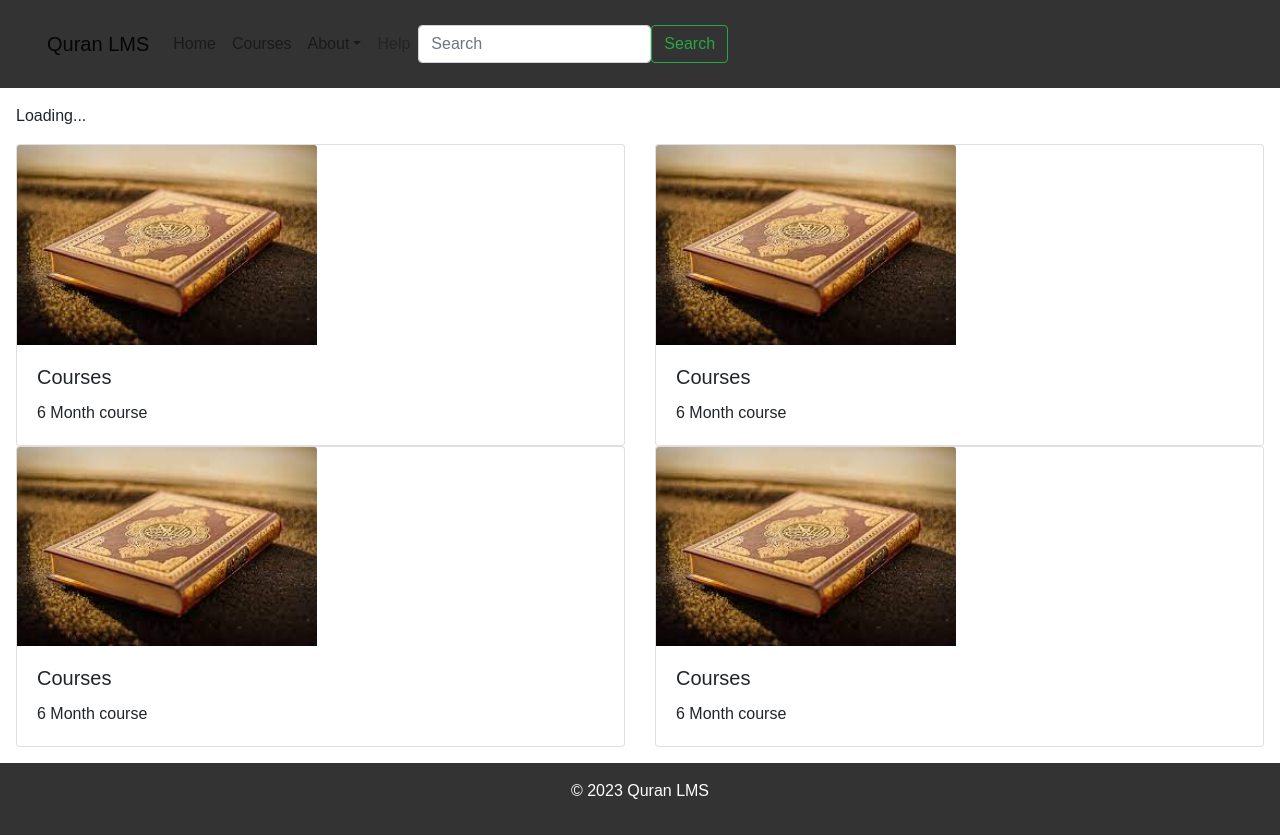
Repository: talha-mahmood/Quran-Lms-react
Page: /
These files come from the project's save history. The page is drawn as it stood at one moment and after a run of saves; the edit follows.
The browser window is 1280 px wide. The pictures show the whole page.
The page's requests for data from a server got no answer. The project was rebuilt for these pictures with package versions that can differ from the ones it lists, and the page was loaded fresh each time. No one was signed in, and anything a server would have sent is missing.

Above is the page before, as saved 2023-03-08 01:58:40.

### public/index.html
<!DOCTYPE html>
<html lang="en">
  <head>
    <meta charset="utf-8" />
    <link rel="icon" href="%PUBLIC_URL%/favicon.ico" />
    <meta name="viewport" content="width=device-width, initial-scale=1" />
    <meta name="theme-color" content="#000000" />
    <meta
      name="description"
      content="Web site created using create-react-app"
    />

    <link rel="apple-touch-icon" href="%PUBLIC_URL%/logo192.png" />
    <link rel="stylesheet" href="https://cdn.jsdelivr.net/npm/bootstrap@4.4.1/dist/css/bootstrap.min.css" integrity="sha384-Vkoo8x4CGsO3+Hhxv8T/Q5PaXtkKtu6ug5TOeNV6gBiFeWPGFN9MuhOf23Q9Ifjh" crossorigin="anonymous">
    <script src="https://code.jquery.com/jquery-3.4.1.slim.min.js" integrity="sha384-J6qa4849blE2+poT4WnyKhv5vZF5SrPo0iEjwBvKU7imGFAV0wwj1yYfoRSJoZ+n" crossorigin="anonymous"></script>
   <script src="https://cdn.jsdelivr.net/npm/popper.js@1.16.0/dist/umd/popper.min.js" integrity="sha384-Q6E9RHvbIyZFJoft+2mJbHaEWldlvI9IOYy5n3zV9zzTtmI3UksdQRVvoxMfooAo" crossorigin="anonymous"></script>
   <script src="https://cdn.jsdelivr.net/npm/bootstrap@4.4.1/dist/js/bootstrap.min.js" integrity="sha384-wfSDF2E50Y2D1uUdj0O3uMBJnjuUD4Ih7YwaYd1iqfktj0Uod8GCExl3Og8ifwB6" crossorigin="anonymous"></script>
    <!--
      manifest.json provides metadata used when your web app is installed on a
      user's mobile device or desktop. See https://developers.google.com/web/fundamentals/web-app-manifest/
    -->
    <link rel="manifest" href="%PUBLIC_URL%/manifest.json" />
    <!--
      Notice the use of %PUBLIC_URL% in the tags above.
      It will be replaced with the URL of the `public` folder during the build.
      Only files inside the `public` folder can be referenced from the HTML.

      Unlike "/favicon.ico" or "favicon.ico", "%PUBLIC_URL%/favicon.ico" will
      work correctly both with client-side routing and a non-root public URL.
      Learn how to configure a non-root public URL by running `npm run build`.
    -->
    <title>React App</title>
  </head>
  <body>
    <noscript>You need to enable JavaScript to run this app.</noscript>
    <div id="root"></div>

    <!--
      This HTML file is a template.
      If you open it directly in the browser, you will see an empty page.

      You can add webfonts, meta tags, or analytics to this file.
      The build step will place the bundled scripts into the <body> tag.

      To begin the development, run `npm start` or `yarn start`.
      To create a production bundle, use `npm run build` or `yarn build`.
    -->
  </body>
</html>

### src/App.js
import './App.css';
import React,{Component} from 'react';
import Button from 'react-bootstrap/Button';
import Container from 'react-bootstrap/Container';
import Form from 'react-bootstrap/Form';
import Nav from 'react-bootstrap/Nav';
import Navbar from 'react-bootstrap/Navbar';
import NavDropdown from 'react-bootstrap/NavDropdown';
import Card from 'react-bootstrap/Card';
import Col from 'react-bootstrap/Col';
import Row from 'react-bootstrap/Row';
import myimg from './download.jpeg'
class QuranLMS extends Component {
  state = {
    verses: [],
    isLoading: true
  };

  async componentDidMount() {
    const response = await fetch("https://api.quran.com/api/v4/quran/verses/uthmani?chapter_number=1");
    const data = await response.json();
    this.setState({
      verses: data.verses,
      isLoading: false
    });
  }

  render() {
    const { verses, isLoading } = this.state;
    return (
      <div>


          <div>
          <header>
          <Navbar bg="" expand="lg" >
      <Container fluid>
        <Navbar.Brand href="#" >Quran LMS</Navbar.Brand>
        <Navbar.Toggle aria-controls="navbarScroll" />
        <Navbar.Collapse id="navbarScroll">
          <Nav
            className="me-auto my-2 my-lg-0"
            style={{ maxHeight: '100px' }}
            navbarScroll
          >
            <Nav.Link href="#action1">Home</Nav.Link>
            <Nav.Link href="#action2">Courses</Nav.Link>
            <NavDropdown title="About" id="navbarScrollingDropdown">
              <NavDropdown.Item href="#action3">Register</NavDropdown.Item>
              <NavDropdown.Item href="#action4">
                Another action
              </NavDropdown.Item>
              <NavDropdown.Divider />
              <NavDropdown.Item href="#action5">
                Something else here
              </NavDropdown.Item>
            </NavDropdown>
            <Nav.Link href="#" disabled>
              Help
            </Nav.Link>
          </Nav>
          <Form className="d-flex">
            <Form.Control
              type="search"
              placeholder="Search"
              className="me-2"
              aria-label="Search"
            />
            <Button variant="outline-success">Search</Button>
          </Form>
        </Navbar.Collapse>
      </Container>
    </Navbar>
    </header>
          </div>



        <main>
          {isLoading ? (
            <p>Loading...</p>
          ) : (
            verses.map((verse) => (
              <p key={verse.id}>{verse.text_uthmani}</p>
            ))
          )}
          <div>
          <Row xs={1} md={2} className="g-4">
      {Array.from({ length: 4 }).map((_, idx) => (
        <Col>
          <Card>
            <Card.Img variant="top" src={myimg} />

            <Card.Body>
              <Card.Title>Courses</Card.Title>
              <Card.Text>
                6 Month course
              </Card.Text>
            </Card.Body>
          </Card>
        </Col>
      ))}
    </Row>
          </div>

        </main>
        <footer>
          <p>&copy; 2023 Quran LMS</p>
        </footer>
      </div>
    );
  }
}

export default QuranLMS;

### src/App.css
body {
  font-family: Arial, sans-serif;
  margin: 0;
}

header {
  background-color: #333;
  color: #fff;
  padding: 1em;
}

header h1 {
  margin: 0;
}

main {
  padding: 1em;
}

footer {
  background-color: #333;
  color: #fff;
  padding: 1em;
  text-align: center;
}
img{
  max-height:200px;
  max-width:300px;
}

Loaded but not shown: src/index.js (common file); src/index.css (common file); src/reportWebVitals.js (common file)

After the next 2 saves:
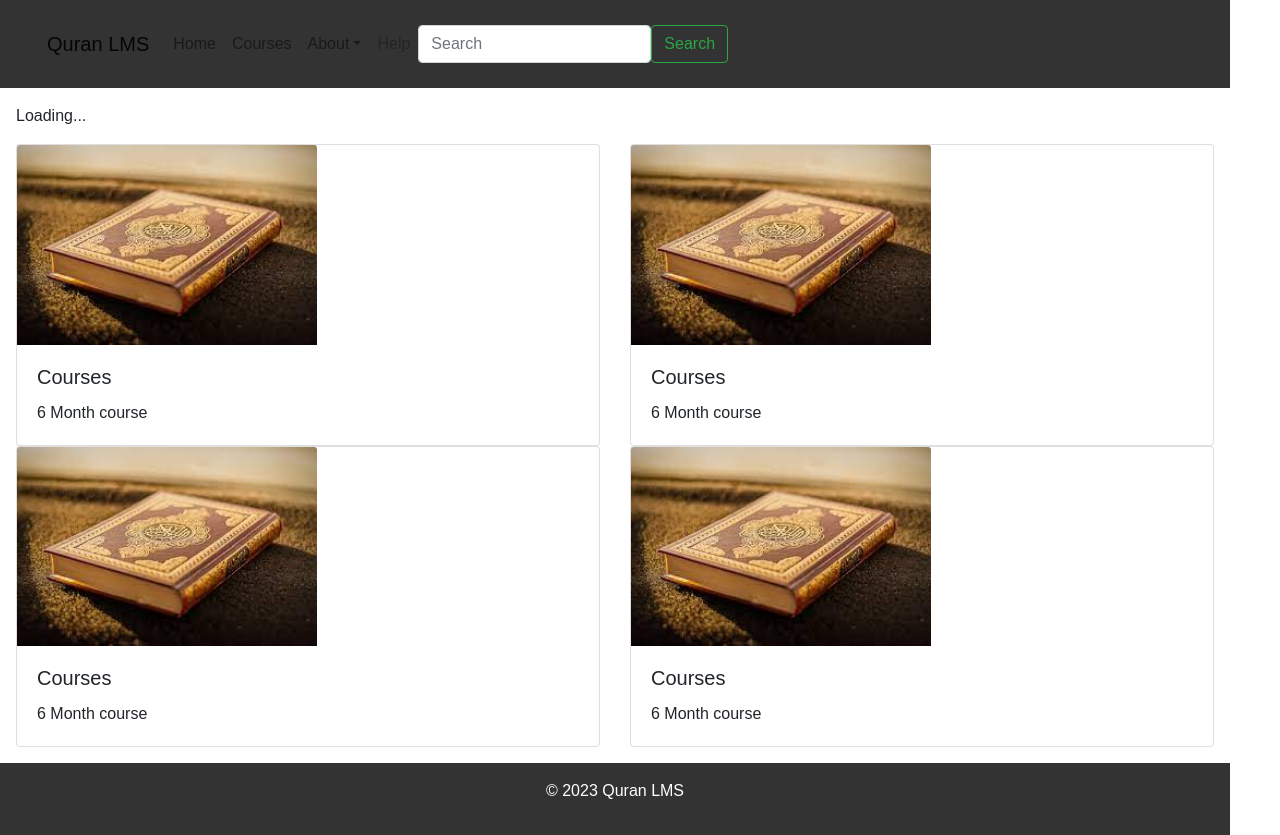
The 2 saves are shown as one change because they came seconds apart.
The last was saved 24 s later.
--- a/src/App.css
+++ b/src/App.css
@@ -1,6 +1,7 @@
 body {
   font-family: Arial, sans-serif;
   margin: 0;
+  display:flex
 }
 
 header {

After the 6 saves that followed:
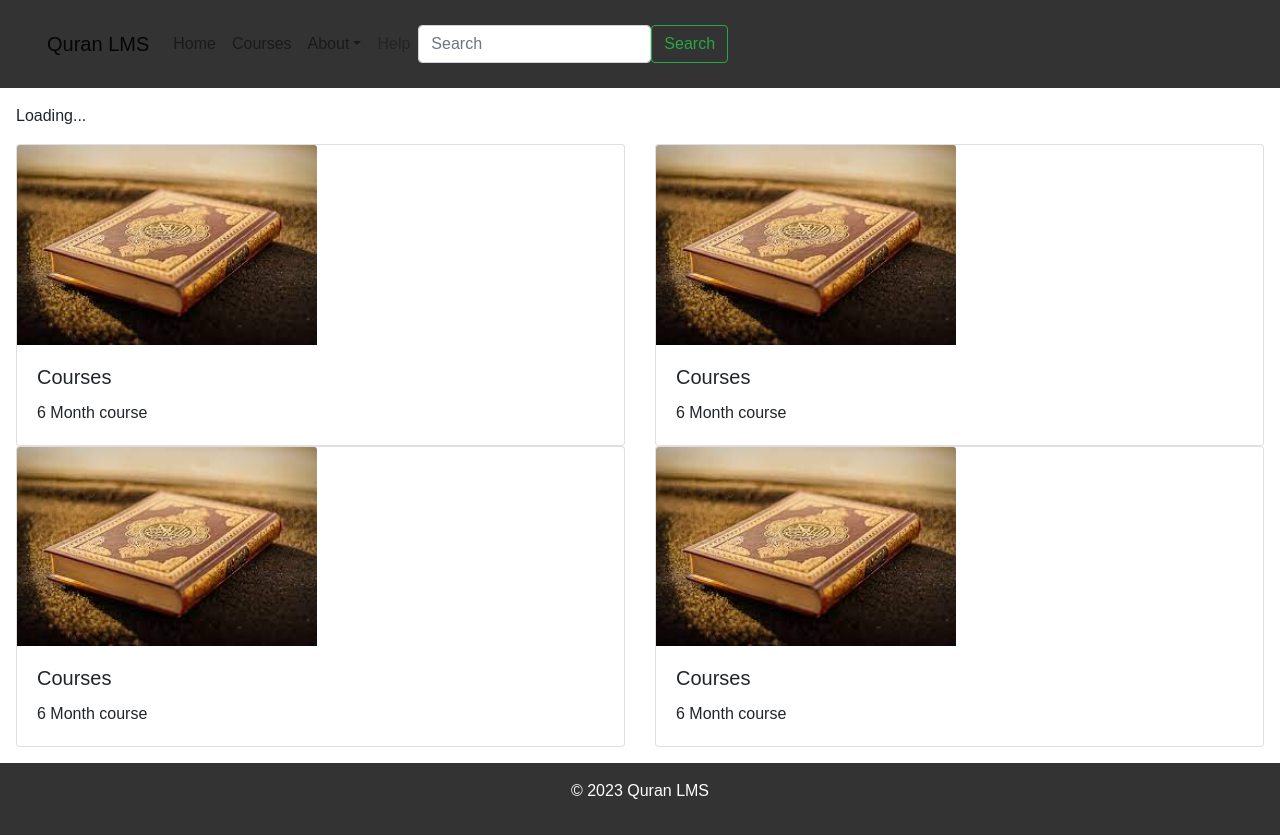
The 6 saves are shown as one change because 2 left the picture as it was and some came seconds apart.
The last was saved 28 s later.
--- a/src/App.css
+++ b/src/App.css
@@ -1,8 +1,7 @@
 body {
   font-family: Arial, sans-serif;
   margin: 0;
-  display:flex
-}
+
 
 header {
   background-color: #333;
